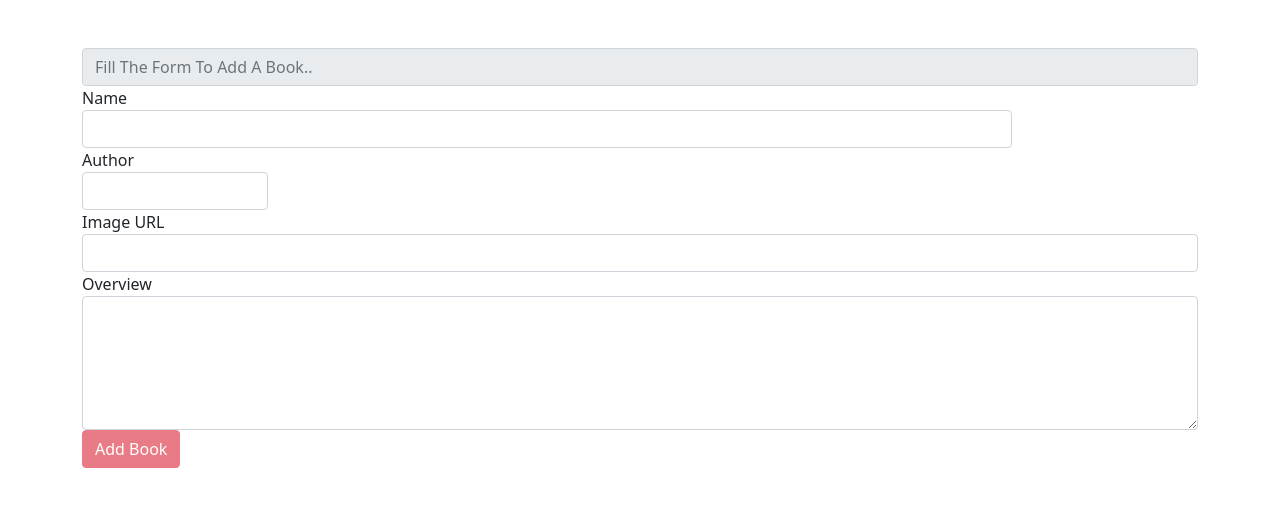
Repository: dilaraozdem1r/BooksApp
Page: /add
An editor plug-in stored every save of this project. The page is shown before and after the next save, followed by the edit.
The browser window is 1280 px wide. The pictures show the whole page.
The page's requests for data from a server got no answer. The project was rebuilt for these pictures with package versions that can differ from the ones it lists, and the page was loaded fresh each time. No one was signed in, and anything a server would have sent is missing. Also part of the build but not shown: src/Components/BookList.js, src/Components/SearchBar.js.

Above is the page before, as saved 2021-08-25 16:24:29.

After the next save:
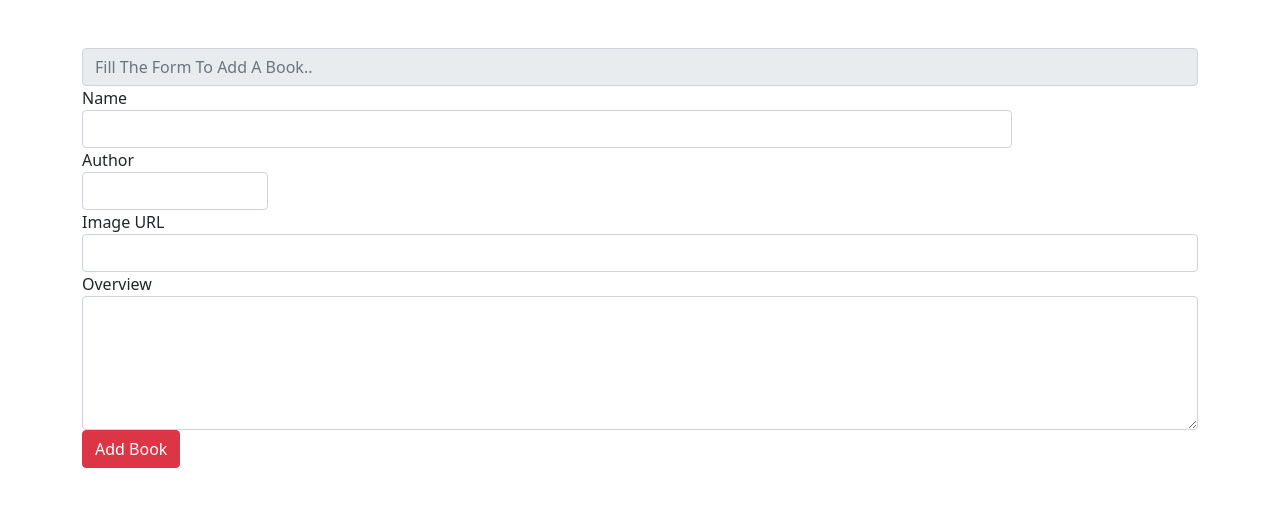
Saved 22 s later.
--- a/src/Components/AddBook.js
+++ b/src/Components/AddBook.js
@@ -9,7 +9,7 @@
     }
 
     check=(n,a,o)=>{
-        if(n !==null && a!==null && o!==null ) return true;
+        if(n !==null && a!==null && o!==null ) return false;
         return true;
 
     }

After the 4 saves that followed:
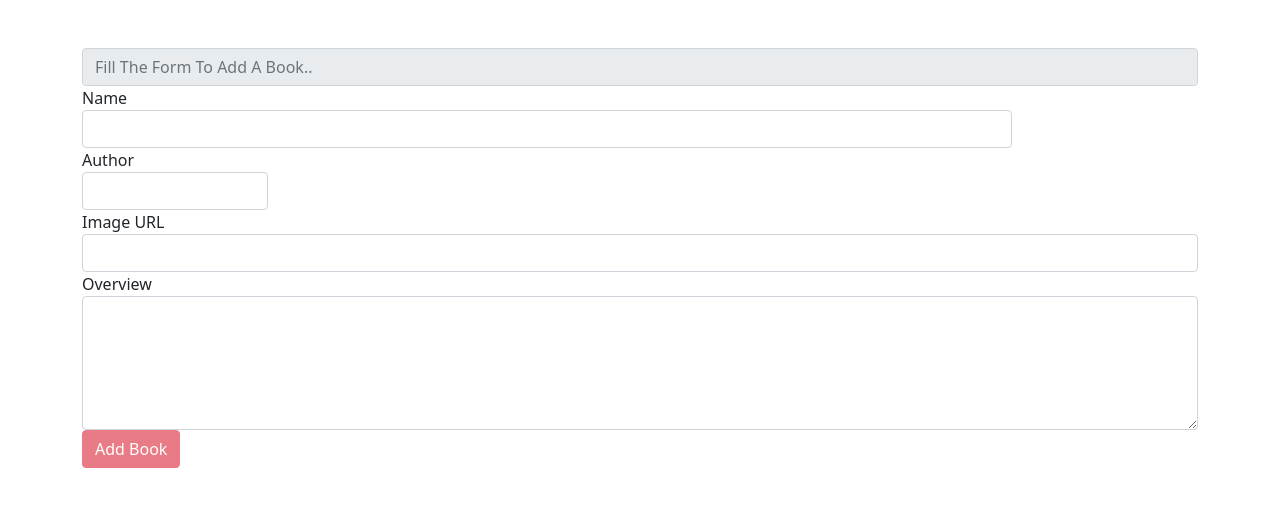
The 4 saves are shown as one change because 3 left the picture as it was.
The last was saved 5 min 29 s later.
--- a/src/Components/AddBook.js
+++ b/src/Components/AddBook.js
@@ -9,7 +9,9 @@
     }
 
     check=(n,a,o)=>{
-        if(n !==null && a!==null && o!==null ) return false;
+        console.log("hello")
+
+        if(n && a && o ) return false;
         return true;
 
     }
